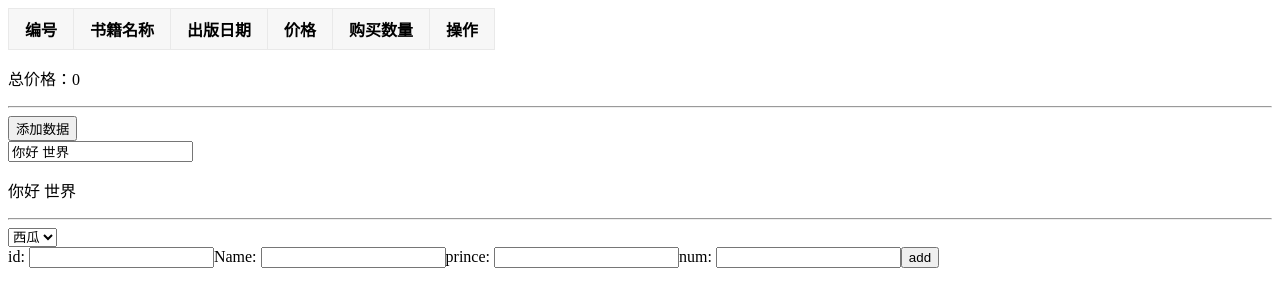
Repository: 1404413577/jsdemo
Page: /res (app in vue-demo/myweb3/)
An editor plug-in stored every save of this project. The page is shown before and after the next save, followed by the edit.
The browser window is 1280 px wide. The pictures show the whole page.
The page's requests for data from a server got no answer. The project was rebuilt for these pictures with package versions that can differ from the ones it lists, and the page was loaded fresh each time. No one was signed in, and anything a server would have sent is missing. Also part of the build but not shown: vue-demo/myweb3/vue.config.js.

Above is the page before, as saved 2022-12-01 14:37:45.

### vue-demo/myweb3/src/main.js
import { createApp } from 'vue'
import App from './App.vue'
import router from './router'
import store from './store'

createApp(App).use(store).use(router).mount('#app')

// 用法：1.{{ item.time | format("YYYY-MM-DD HH:mm:ss") }}
// 用法：2. this.$moment(this.time).format("YYYY-MM-DD HH:mm:ss");
import Moment from 'moment'

// 定义全局时间戳过滤器
Vue.filter('formatDate', function(value) {
  return Moment(value).format('YYYY-MM-DD HH:mm:ss')
})

Vue.config.productionTip = false

### vue-demo/myweb3/src/App.vue
<template>
  <router-view/>
</template>

<script>

</script>
<style lang="less">

</style>

### vue-demo/myweb3/src/router/index.js
import { createRouter, createWebHistory } from 'vue-router'

const routes = [
  {
    path: "/home",
    component: 'home',
    component: () => import('../views/Home.vue')
},
  {
    path: '/onclick',
    name: 'onclick',
    component: () => import('../views/OnClick.vue')
  },
  {
    path: '/res',
    name: 'res',
    component: () => import('../views/res.vue')

  }
]

const router = createRouter({
  history: createWebHistory(process.env.BASE_URL),
  routes
})

export default router

### vue-demo/myweb3/src/views/res.vue
<template>
  <div>
    <!-- <Demo />
    <Tab /> -->
    <SHOP />
    <ZL></ZL>
    <add></add>
  </div>
</template>

<script>
// import Demo from "@/components/vue2/demo.vue";
// import Tab from "@/components/vue2/Tab.vue";
import SHOP from "@/components/vue2/shop.vue";
import ZL from "@/components/vue2/zhiling.vue"
import add from "@/components/vue2/add.vue"
export default {
  components: {
    // Demo,
    // Tab,
    SHOP,
    ZL,
    add
  },
};
</script>

<style>

</style>

### vue-demo/myweb3/src/components/vue2/shop.vue
<template>
  <div>
    <table>
      <thead>
        <tr>
          <th v-for="(item, index) in titles" :key="index">{{ item }}</th>
        </tr>
      </thead>
      <tbody>
        <tr v-for="(item, index) in books" :key="item.id">
          <td>{{ index }}</td>
          <td>{{ item.name }}</td>
          <td>{{ item.date }}</td>
          <td>{{ item.prince }}</td>
          <td>
            <button @click="subFn(index)">-</button>
            <span>{{ item.num }}</span>
            <button @click="addFn(index)">+</button>
          </td>
          <td>
            <button @click="remove(index)">移除</button>
          </td>
        </tr>
      </tbody>
    </table>
    <p>总价格：{{ totalPrice }}</p>

    <hr />

    <button @click="addFn">添加数据</button>
  </div>
</template>

<script>
import { getBook, addBook, delBook } from "@/api";
import axios from "axios";
export default {
  data() {
    return {
      titles: ["编号", "书籍名称", "出版日期", "价格", "购买数量", "操作"],
      books: [],
    };
  },
  created() {
    getBook({}).then((res) => {
      console.log(res);
      this.books = res.data;
    });
  },
  methods: {
    addFn(index) {
      this.books[index].num++;
    },
    subFn(index) {
      this.books[index].num--;
      if (this.books[index].num == 0) {
        this.books.splice(index, 1);
      }
    },
    remove(id) {
      console.log(id);
      axios({
        url: "http://localhost:5050/book/del",
        method: "POST",
        data: {
          id: id,
        },
        success(res) {
          console.log(res);
        },
        error(err) {
          console.log(err);
        },
      });
      this.books.splice(id, 1);
    },
    // data: { id: 7, name: "js", date: "2023-8-9", prince: 55, num: 8 },
    addFn() {
      axios({
        url: "http://localhost:5050/book/add",
        method: "POST",
        data: {
          id: 13,
          name: "js",
          date: this.harvestTime,
          prince: "56",
          num: "1",
        },
        success(res) {
          console.log(res);
        },
        error(err) {
          console.log(err);
        },
      });

      // addBook({
      //   data: { id: 7, name: "js", date: "2023-8-9", prince: 55, num: 8 },
      // }).then((res) => {
      //   console.log(res);
      // });
    },
  },
  computed: {
    totalPrice() {
      return this.books.reduce((prev, current) => {
        prev += current.num * current.prince;
        return prev;
      }, 0);
    },
    harvestTime() {
      var date = new Date();
      var year = date.getFullYear();
      var month = date.getMonth() + 1;
      var day = date.getDate();
      var hour = date.getHours();
      var minute = date.getMinutes();
      var second = date.getSeconds();
      var time = `${year}-${month}-${day}-${hour}-${minute}-${second}`;
      return time;
    },
  },
};
</script>

<style scoped>
table {
  border: 1px solid #e9e9e9;
  border-collapse: collapse;
  border-spacing: 0;
}

td,
th {
  padding: 8px 16px;
  border: 1px solid #e9e9e9;
  text-align: left;
}
th {
  background-color: #f7f7f7;
}
</style>

### vue-demo/myweb3/src/components/vue2/zhiling.vue
<template>
  <div>
    <input type="text" v-model="msg" v-on:input="iptChange"/>
    <p>{{ msg }}</p>

    <hr>
    <select v-model="result">
      <option value="apple">苹果</option>
      <option value="banana">香蕉</option>
      <option value="watermelo">西瓜</option>
    </select>
  </div>
</template>
// v-model 是语法糖 v-model = :value+ @input
<script>
export default {
  data() {
    return {
      msg: "你好 世界",
      result:"watermelo",
    };
  },
  methods:{
    iptChange(e) {
        // 每次触发DOM事件时会产生一个事件对象（也称event对象），此处的参数e接收事件对象。
        // 而事件对象也有很多属性和方法，其中target属性是获取触发事件对象的目标，
        // 也就是        绑定事件的元素，e.target表示该DOM元素，然后在获取其相应的属性值。
        console.log(e.target.value);
        this.msg = e.target.value
    }
  }
};
</script>

<style></style>

### vue-demo/myweb3/src/components/vue2/add.vue
<template>
  <div>
    <label
      >id:
      <input type="text" v-model="id" />
    </label>
    <label
      >Name:
      <input type="text" v-model="name" />
    </label>
    <label
      >prince:
      <input type="text" v-model="prince" />
    </label>
    <label
      >num:
      <input type="text" v-model="num" />
    </label>
    <input type="button" value="add" @click="add" />
  </div>
</template>

<script>
import axios from "axios";
export default {
  data() {
    return {
      id: "",
      name: "",
      prince: "",
      num: "",
    };
  },
  methods: {
    add() {
      axios({
        url: "http://localhost:5050/book/add",
        method: "POST",
        data: {
          id: this.id,
          name: this.name,
          date: this.harvestTime,
          prince: this.prince,
          num: this.num,
        },
        success(res) {
          console.log(res);
        },
        error(err) {
          console.log(err);
        },
      });
    },
  },
  computed: {
    harvestTime() {
      var date = new Date();
      var year = date.getFullYear();
      var month = date.getMonth() + 1;
      var day = date.getDate();
      var hour = date.getHours();
      var minute = date.getMinutes();
      var second = date.getSeconds();
      var time = `${year}-${month}-${day}-${hour}-${minute}-${second}`;
      return time;
    },
  },
};
</script>

<style></style>

### vue-demo/myweb3/src/api/index.js
//导入request.js
import request from "@/utils/request";
//可以按需导出
export const getProduct = () => request.get("/list");

export const getHome = () => request.get("/home");

export const getBook = () => request.get("/book");

export const addBook = (data) => request.post("/book/add", data);

export const delBook = (parmas) => request.post("/book/del", parmas);

export const updateBook = (data) => request.post("/book/update", data);

### vue-demo/myweb3/src/utils/request.js
import axios from "axios";//创建一个axios的对象
//生成一个axios的实例
const http=axios.create({
	baseURL:"http://localhost:5050",// baseURL会在发送请求的时候拼接在url参数前面
	timeout:3000,//请求超时
});



export default http;//导出

Loaded but not shown: vue-demo/myweb3/public/index.html (common file); vue-demo/myweb3/src/store/index.js (common file)

After the next save:
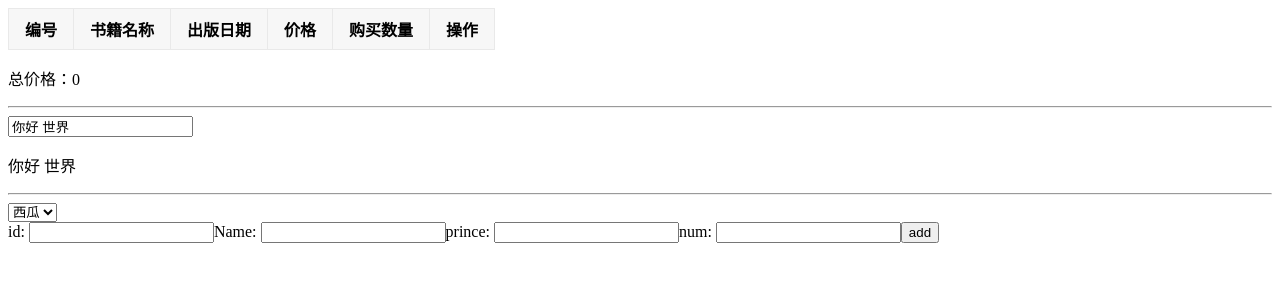
Saved 56 s later.
--- a/vue-demo/myweb3/src/components/vue2/shop.vue
+++ b/vue-demo/myweb3/src/components/vue2/shop.vue
@@ -26,8 +26,6 @@
     <p>总价格：{{ totalPrice }}</p>
 
     <hr />
-
-    <button @click="addFn">添加数据</button>
   </div>
 </template>
 
